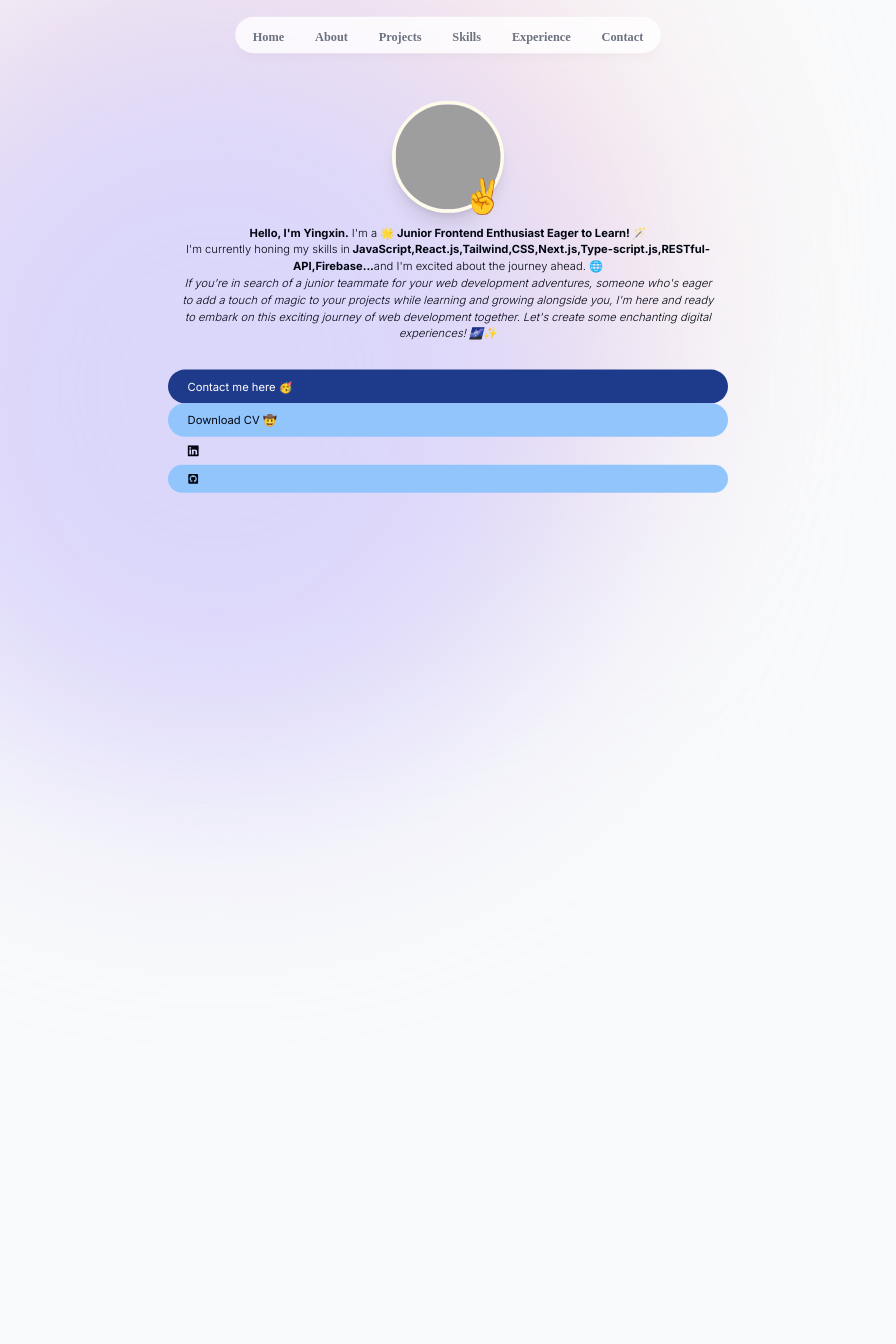
Repository: Tracy-maker/portfolio_website
Page: /
The author's editor kept a copy of each file at every save. The page is drawn from the files as they stood at one save, then again after the next save.
The browser window is 1280 px wide. The pictures show the part of the page from y = 0 to 1920 px (the page is 5000 px tall), at 70% of full size.
Pictures or frames that could not be fetched are drawn as grey boxes. The project was rebuilt for these pictures with package versions that can differ from the ones it lists, and the page was loaded fresh each time. The framework's server and built-in components were replaced by stand-ins that run in the browser. Also part of the build but not shown: next.config.js.

Above is the page before, as saved 2023-10-06 11:28:53.

### app/layout.tsx
import Header from "@/components/header";
import "./globals.css";
import type { Metadata } from "next";
import { Inter } from "next/font/google";

const inter = Inter({ subsets: ["latin"] });

export const metadata: Metadata = {
  title: "Yingxin_Zhang | Portfolio",
  description: "Yingxin_Zhang is a front-end developer",
};

export default function RootLayout({
  children,
}: {
  children: React.ReactNode;
}) {
  return (
    <html lang="en">
      <body
        className={`${inter.className} bg-gray-50 text-gray-950 relative h-[5000px] pt-28 sm:pt-36`}
      >
        <div className="bg-[#fbe2e3] absolute top-[-6rem] -z-10 right-[21rem] h-[56.25rem] w-[31.25rem] rounded-full blur-[10rem] sm:w-[68.75rem]"></div>
        <div className="bg-[#dbd7fb] absolute top-[-1rem] -z-10 left-[-45rem] h-[71.25rem] w-[-30rem] rounded-full blur-[10rem] sm:w-[68.75rem] md:left-[-33rem] lg:left-[-28rem] xl:left-[-15rem] 2xl:left-[-5rem]"></div>
        <Header />
        {children}
      </body>
    </html>
  );
}

### app/page.tsx
import Intro from "@/components/intro";
import Image from "next/image";

export default function Home() {
  return (
    <main className="flex flex-col items-center">
      <Intro />
    </main>
  );
}

### components/header.tsx
"use client";
import { motion } from "framer-motion";
import { links } from "@/lib/data";
import Link from "next/link";


export default function Header() {
  return (
    <header className="z-[999] relative">
      <motion.div
        className="fixed top-0 left-1/2 h-[4.5rem] w-full
        rounded-none border border-white border-opacity-40
        bg-white bg-opacity-80 shadow-lg shadow-black/[0.03]
        backdrop-blur-[0.5rem] sm:top-6 sm:h-[3.25rem] sm:w-[38rem] sm:rounded-full"
        initial={{ y: -100, x: "-50%", opacity: 0 }}
        animate={{ y: 0, x: "-50%", opacity: 1 }}
      ></motion.div>

      <nav className="flex font-custom fixed top-[0.15rem] left-1/2 h-12 -translate-x-1/2 py-2 sm:top-[1.7rem] sm:h-[initial] sm:py-0">
        <ul className="flex w-[22rem] flex-wrap items-center justify-center gap-y-1 text-[1.1rem] font-bold text-gray-500 sm:w-[initial] sm:flex-nowrap sm:gap-5">
          {links.map((link) => (
            <motion.li
              className="h-3/4 flex items-center justify-center relative"
              key={link.hash}
              initial={{ y: -100, opacity: 0 }}
              animate={{ y: 0, opacity: 1 }}
            >
              <Link
                className="flex w-full items-center justify-center px-3 py-3 hover:text-gray-950 transition"
                href={link.hash}
              >
                {link.name}
              </Link>
            </motion.li>
          ))}
        </ul>
      </nav>
    </header>
  );
}

### components/intro.tsx
"use client";

import Image from "next/image";
import React from "react";
import { motion } from "framer-motion";
import Link from "next/link";
import { BsLinkedin } from "react-icons/bs";
import { FaGithubSquare } from "react-icons/fa";

export default function Intro() {
  return (
    <section className="mb-28 max-w-[50rem] text-center sm:mb-0 scroll-mt-[100rem]">
      <div className="flex items-center justify-center">
        <div className="relative">
          <motion.div
            initial={{ opacity: 0, scale: 0 }}
            animate={{ opacity: 1, scale: 1 }}
            transition={{
              type: "tween",
              duration: 0.2,
            }}
          >
            <Image
              src="https://i.ibb.co/MRHHtS5/Wechat-IMG7.jpg"
              alt="Personal image"
              width="300"
              height="300"
              quality="90"
              priority={true}
              className="h-40 w-40 rounded-full object-cover border-[0.35rem] border-amber-50 shadow-xl"
            />
          </motion.div>

          <motion.span
            className="absolute bottom-0 right-0 text-5xl"
            initial={{ opacity: 0, scale: 0 }}
            animate={{ opacity: 1, scale: 1 }}
            transition={{
              type: "spring",
              stiffness: 125,
              delay: 0.1,
              duration: 0.7,
            }}
          >
            ✌️
          </motion.span>
        </div>
      </div>
      <motion.h6
        className="mb-10 mt-4 px-4 text-s font-light !leading-[1.5] sm:text-m"
        initial={{ opacity: 0, y: 100 }}
        animate={{ opacity: 1, y: 0 }}
      >
        <span className="font-bold">Hello, I'm Yingxin.</span> I'm a{" "}
        <span className="font-bold">
          🌟 Junior Frontend Enthusiast Eager to Learn! 🪄
        </span>
        <br />
        I'm currently honing my skills in
        <span className="font-bold">
          {" "}
          JavaScript,React.js,Tailwind,CSS,Next.js,Type-script.js,RESTful-API,Firebase...
        </span>
        and I'm excited about the journey ahead. 🌐
        <br />
        <span className="italic">
          If you're in search of a junior teammate for your web development
          adventures, someone who's eager to add a touch of magic to your
          projects while learning and growing alongside you, I'm here and ready
          to embark on this exciting journey of web development together. Let's
          create some enchanting digital experiences! 🌌✨
        </span>
      </motion.h6>

      <div>
        <Link
          href="#contact"
          className="bg-blue-900 text-white px-7 py-3 flex items-center gap-2 rounded-full"
        >
          Contact me here 🥳
        </Link>
        <a className="bg-blue-300 px-7 py-3 flex items-center gap-2 rounded-full">
          Download CV 🤠
        </a>
        <a className="bg-blue-120 px-7 py-3 flex items-center gap-2 rounded-full">
          <BsLinkedin />
        </a>
        <a className="bg-blue-300 px-7 py-3 flex items-center gap-2 rounded-full">
          <FaGithubSquare />
        </a>
      </div>
    </section>
  );
}

### lib/data.ts
import React from "react";
import { CgWorkAlt } from "react-icons/cg";
import { FaReact } from "react-icons/fa";
import { LuGraduationCap } from "react-icons/lu";
import p1Img from "@/public/p1.png";
import p2Img from "@/public/p2.png";
import p3Img from "@/public/p3.png";

export const links = [
  {
    name: "Home",
    hash: "#home",
  },
  {
    name: "About",
    hash: "#about",
  },
  {
    name: "Projects",
    hash: "#projects",
  },
  {
    name: "Skills",
    hash: "#skills",
  },
  {
    name: "Experience",
    hash: "#experience",
  },
  {
    name: "Contact",
    hash: "#contact",
  },
] as const;

export const experiencesData = [
  {
    title: "Graduated bootcamp",
    location: "Miami, FL",
    description:
      "I graduated after 6 months of studying. I immediately found a job as a front-end developer.",
    icon: React.createElement(LuGraduationCap),
    date: "2019",
  },
  {
    title: "Front-End Developer",
    location: "Orlando, FL",
    description:
      "I worked as a front-end developer for 2 years in 1 job and 1 year in another job. I also upskilled to the full stack.",
    icon: React.createElement(CgWorkAlt),
    date: "2019 - 2021",
  },
  {
    title: "Full-Stack Developer",
    location: "Houston, TX",
    description:
      "I'm now a full-stack developer working as a freelancer. My stack includes React, Next.js, TypeScript, Tailwind, Prisma and MongoDB. I'm open to full-time opportunities.",
    icon: React.createElement(FaReact),
    date: "2021 - present",
  },
] as const;

export const projectsData = [
  {
    title: "CorpComment",
    description:
      "I worked as a full-stack developer on this startup project for 2 years. Users can give public feedback to companies.",
    tags: ["React", "Next.js", "MongoDB", "Tailwind", "Prisma"],
    imageUrl: p1Img,
  },
  {
    title: "rmtDev",
    description:
      "Job board for remote developer jobs. I was the front-end developer. It has features like filtering, sorting and pagination.",
    tags: ["React", "TypeScript", "Next.js", "Tailwind", "Redux"],
    imageUrl: p2Img,
  },
  {
    title: "Word Analytics",
    description:
      "A public web app for quick analytics on text. It shows word count, character count and social media post limits.",
    tags: ["React", "Next.js", "SQL", "Tailwind", "Framer"],
    imageUrl: p3Img,
  },
] as const;

export const skillsData = [
  "HTML",
  "CSS",
  "JavaScript",
  "TypeScript",
  "React",
  "Next.js",
  "Git",
  "MUI-material",
  "Tailwind",
  "REST-API",
  "PostgreSQL",
  "Framer Motion",
] as const;

### tailwind.config.ts
import type { Config } from 'tailwindcss'

const config: Config = {
  content: [
    './pages/**/*.{js,ts,jsx,tsx,mdx}',
    './components/**/*.{js,ts,jsx,tsx,mdx}',
    './app/**/*.{js,ts,jsx,tsx,mdx}',
  ],
  theme: {
    extend: {
      backgroundImage: {
        'gradient-radial': 'radial-gradient(var(--tw-gradient-stops))',
        'gradient-conic':
          'conic-gradient(from 180deg at 50% 50%, var(--tw-gradient-stops))',
      },
      fontFamily: {
        custom: ["Gabarito", "cursive"],
      },
    },
  },
  plugins: [],
}
export default config

Loaded but not shown: app/globals.css (common file)

After the next save:
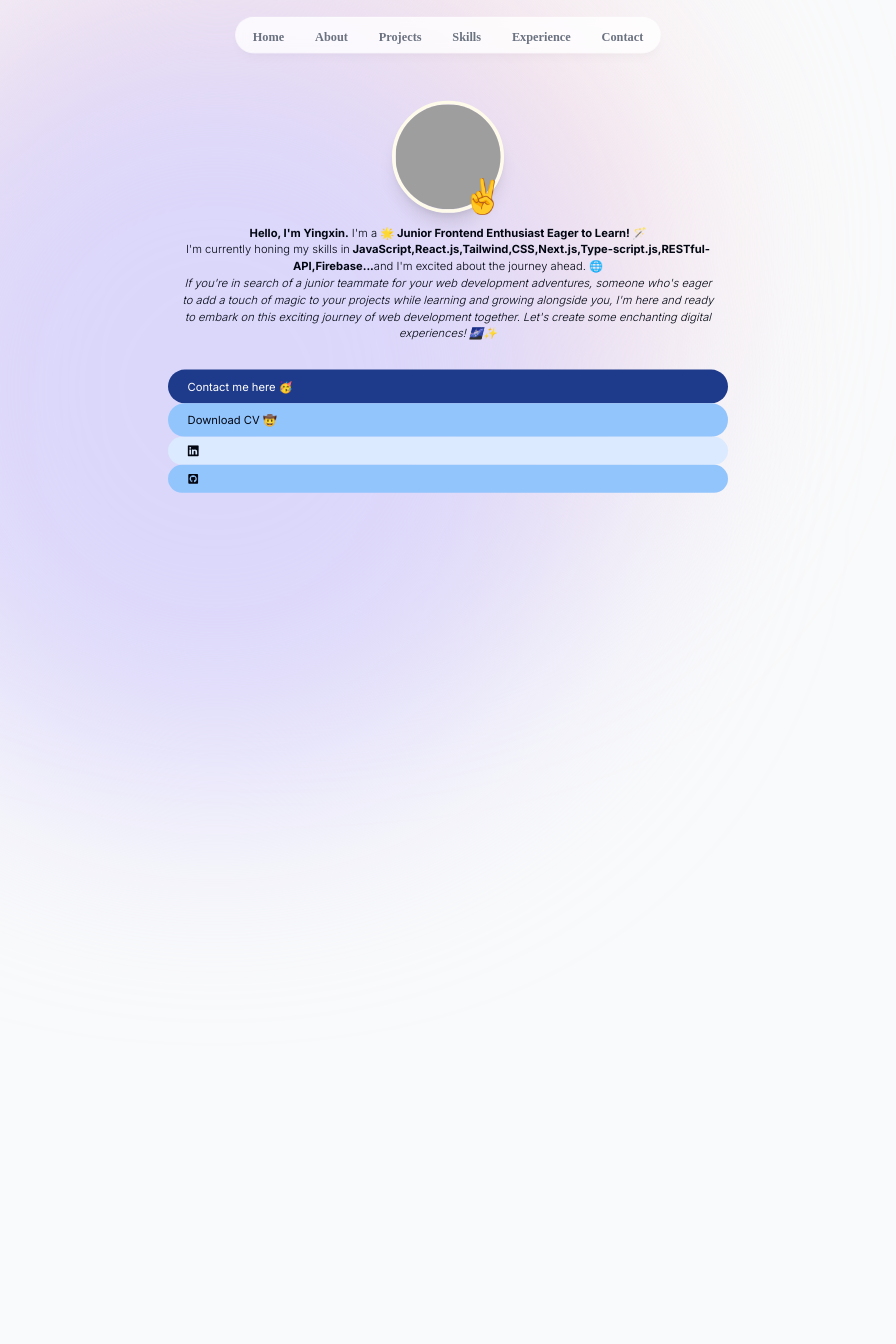
Saved 4 s later.
--- a/components/intro.tsx
+++ b/components/intro.tsx
@@ -82,7 +82,7 @@ export default function Intro() {
         <a className="bg-blue-300 px-7 py-3 flex items-center gap-2 rounded-full">
           Download CV 🤠
         </a>
-        <a className="bg-blue-120 px-7 py-3 flex items-center gap-2 rounded-full">
+        <a className="bg-blue-100 px-7 py-3 flex items-center gap-2 rounded-full">
           <BsLinkedin />
         </a>
         <a className="bg-blue-300 px-7 py-3 flex items-center gap-2 rounded-full">
